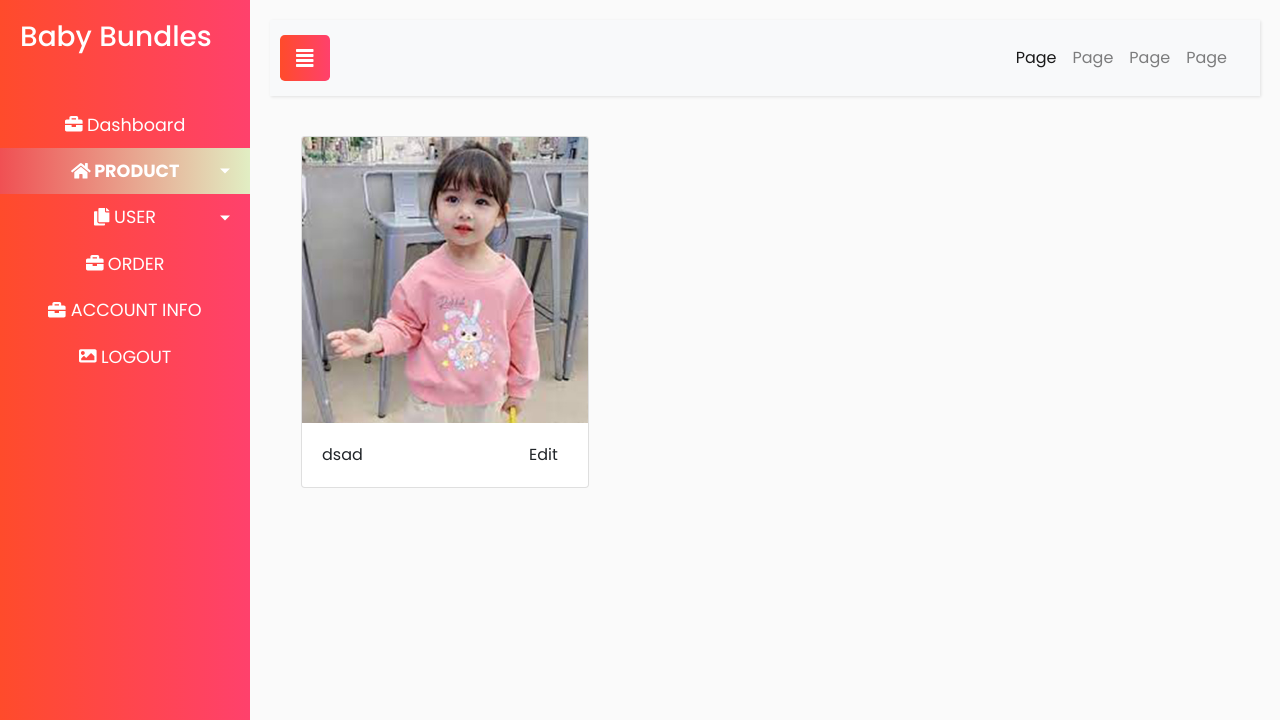
Repository: jiahow99/Baby-Bundles-University
Page: http://localhost/admin.php
The author's editor kept a copy of each file at every save. The page is drawn from the files as they stood at one save, then again after the next save.
The browser window is 1280 px wide. The pictures show the whole page.
Some web libraries are served in a nearby version. The page is run by PHP 8.4 with error messages shown; the project is at /var/www/html/.

Above is the page before, as saved 2022-11-24 17:24:39.

After the next save:
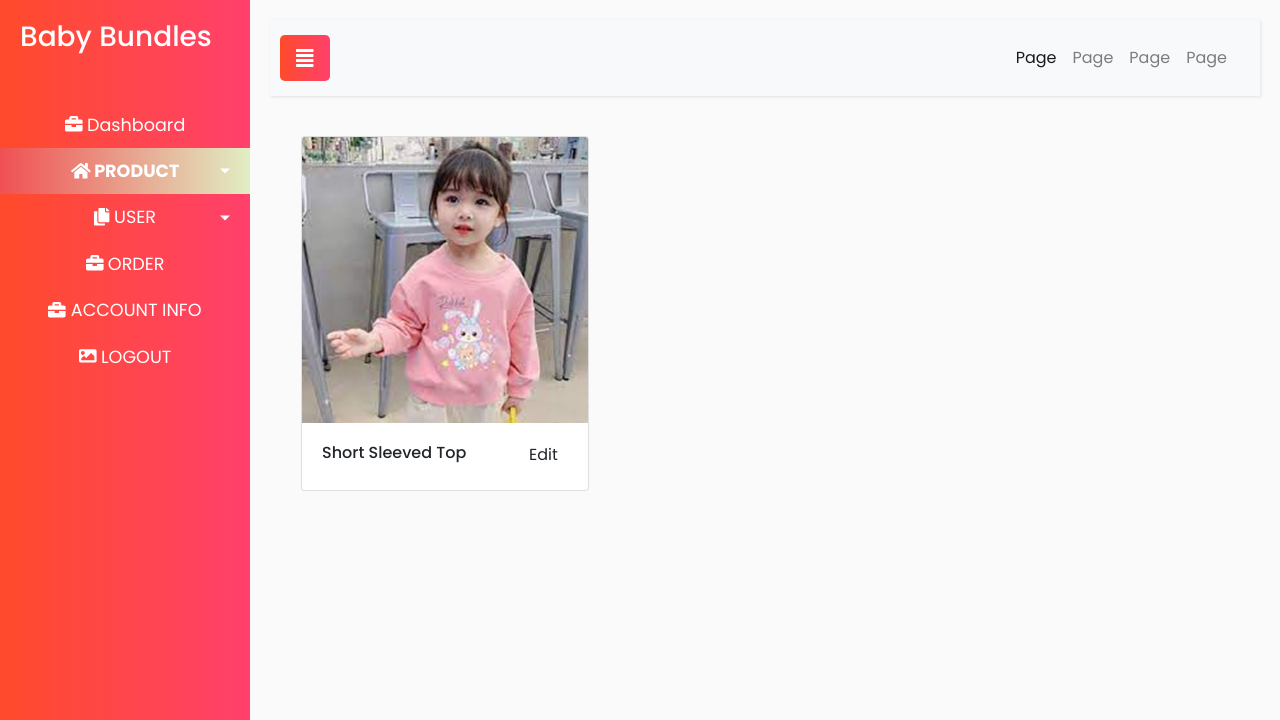
Saved 17 s later.
--- a/admin.php
+++ b/admin.php
@@ -138,7 +138,9 @@
                     <img class="card-img-top" src="img/top/top01.jpg" >
                     <div class="card-body">
                         <div class="row">
-                            <div class="col-9">dsad</div>
+                            <div class="col-9">
+                                <h6>Short Sleeved Top</h6>
+                            </div>
                             <div class="col-3">Edit</div>
                         </div>
                     </div>
